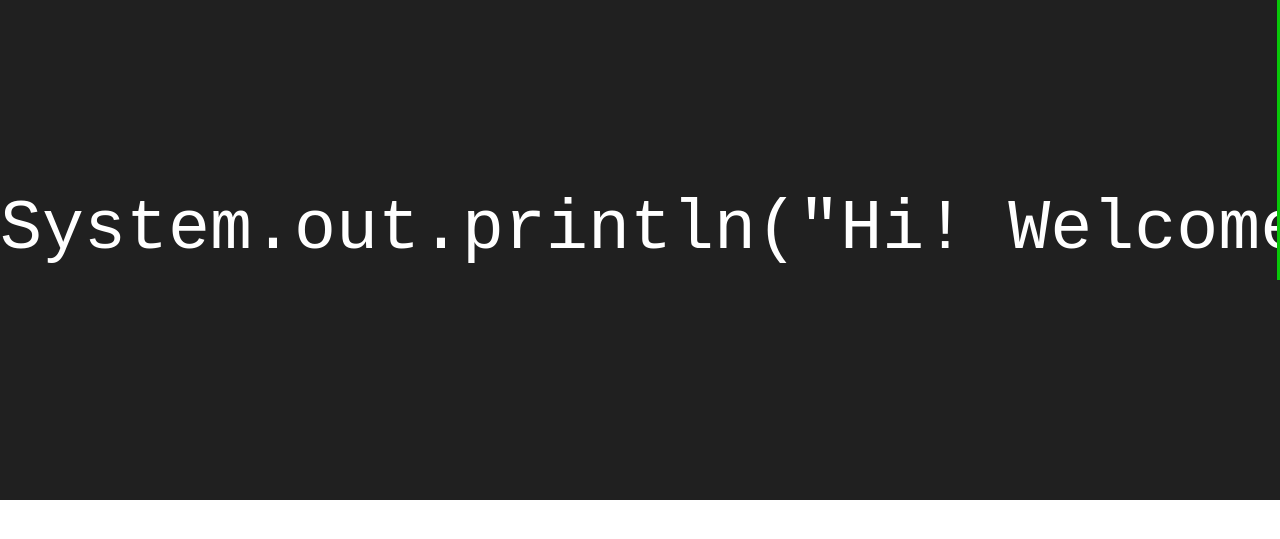
Repository: janry-gracia/Divinagracia_FinalProject
Page: Pages/storyofmylife.html
These files come from the project's save history. The page is drawn as it stood at one moment and after the next save; the edit follows.
The browser window is 1280 px wide. The pictures show the whole page.

Above is the page before, as saved 2021-05-17 23:36:06.
Console error: TypeError: Cannot read properties of null (reading 'addEventListener')

After the next save:
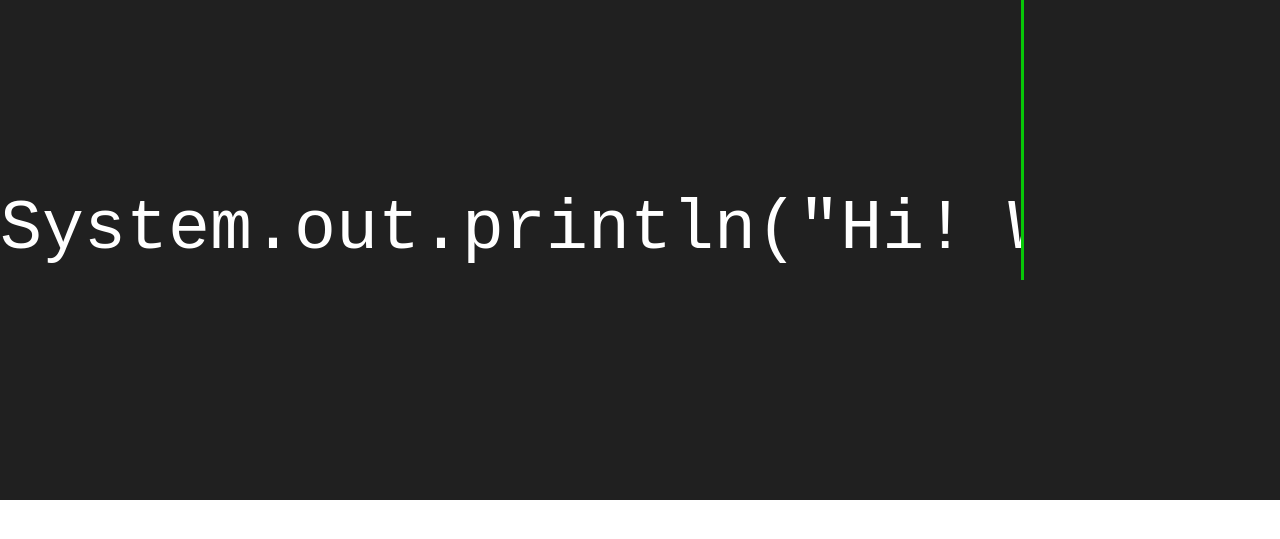
Saved 35 s later.
--- a/css/storyofmylife.css
+++ b/css/storyofmylife.css
@@ -42,7 +42,7 @@ p.message{
   /* Animation */
   @keyframes animated-text{
     from{width: 0;}
-    to{width: 100%;}
+    to{width: 80%;}
   }
 
   /* cursor animations */
